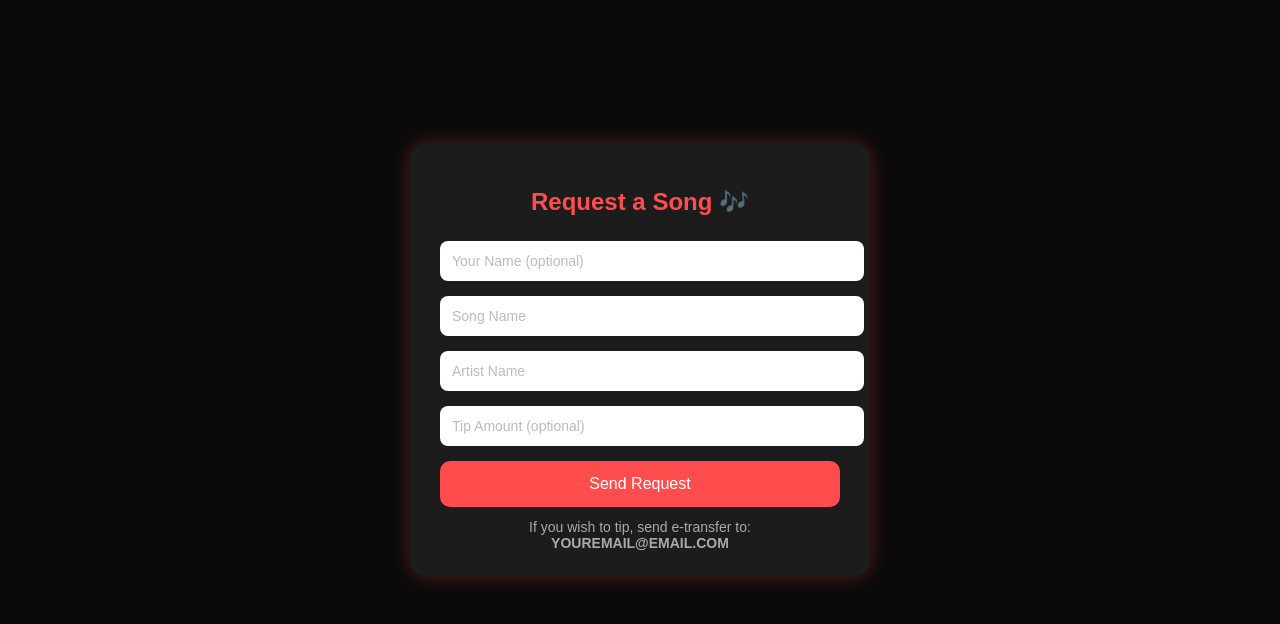
Repository: AryanHeravi/DJ-Request
Page: index.html
These files come from the project's save history. The page is drawn as it stood at one moment and after the next save; the edit follows.
The browser window is 1280 px wide. The pictures show the whole page.

Above is the page before, as saved 2026-01-05 05:48:50.
Console error: ReferenceError: emailjs is not defined

### index.html
<!DOCTYPE html>
<html lang="en">
<head>
<meta charset="UTF-8">
<meta name="viewport" content="width=device-width, initial-scale=1.0">
<title>Bar Song Request</title>
<style>
  body {
    font-family: 'Arial', sans-serif;
    background: #0a0a0a;
    color: #fff;
    margin: 0;
    display: flex;
    justify-content: center;
    align-items: center;
    height: 100vh;
  }

  .container {
    background: #1c1c1c;
    padding: 25px 30px;
    border-radius: 15px;
    max-width: 400px;
    width: 90%;
    box-shadow: 0 0 20px rgba(255, 77, 77, 0.3);
  }

  h2 {
    text-align: center;
    margin-bottom: 25px;
    color: #ff4d4d;
  }

  input {
    width: 100%;
    padding: 12px;
    margin-bottom: 15px;
    border-radius: 8px;
    border: none;
    outline: none;
    font-size: 14px;
  }

  input::placeholder {
    color: #bbb;
  }

  button {
    width: 100%;
    padding: 14px;
    background: #ff4d4d;
    border: none;
    border-radius: 10px;
    color: #fff;
    font-size: 16px;
    cursor: pointer;
    transition: background 0.2s ease;
  }

  button:hover {
    background: #ff1a1a;
  }

  .tip-info {
    text-align: center;
    font-size: 14px;
    margin-top: 12px;
    color: #aaa;
  }

  @media (max-width: 450px) {
    .container {
      padding: 20px;
    }

    button {
      padding: 12px;
      font-size: 15px;
    }
  }
</style>
</head>
<body>

<div class="container">
  <h2>Request a Song 🎶</h2>
  <form id="songForm">
    <input type="text" id="name" placeholder="Your Name (optional)">
    <input type="text" id="song" placeholder="Song Name" required>
    <input type="text" id="artist" placeholder="Artist Name" required>
    <input type="text" id="tip" placeholder="Tip Amount (optional)">
    <button type="submit">Send Request</button>
  </form>
  <div class="tip-info">
    If you wish to tip, send e-transfer to: <strong>YOUREMAIL@EMAIL.COM</strong>
  </div>
</div>

<!-- EmailJS SDK -->
<script src="https://cdn.jsdelivr.net/npm/emailjs-com@3.2.0/dist/email.min.js"></script>
<script>
  // Initialize EmailJS
  (function(){
    emailjs.init("e3m6YLvyPNFQK-pu5"); // <-- Replace with your actual EmailJS User ID
  })();

  const form = document.getElementById('songForm');
  form.addEventListener('submit', function(e) {
    e.preventDefault();

    const name = document.getElementById('name').value;
    const song = document.getElementById('song').value;
    const artist = document.getElementById('artist').value;
    const tip = document.getElementById('tip').value;

    emailjs.send("service_guiqpfc", "template_z5uy1ms", {
      name: name,
      song: song,
      artist: artist,
      tip: tip
    })
    .then(() => {
      alert("🎵 Your song request has been sent! Thanks!");
      form.reset();
    }, (err) => {
      alert("⚠️ Oops! Something went wrong. Try again.");
      console.error(err);
    });
  });
</script>

</body>
</html>

After the next save:
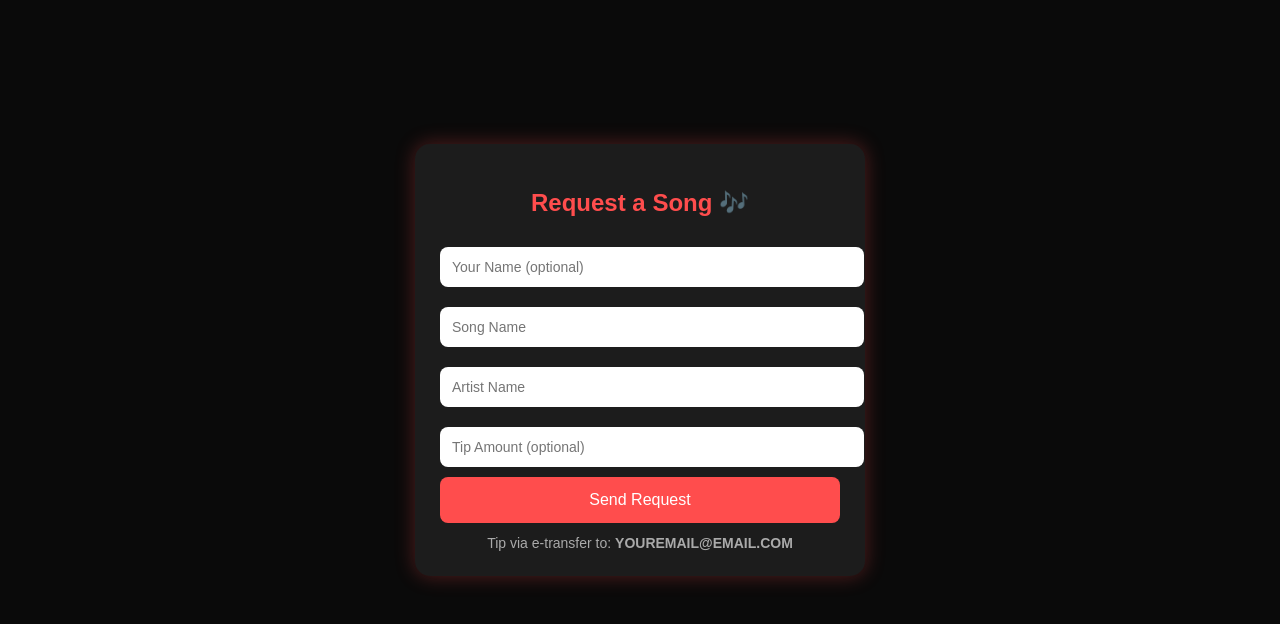
Saved 61 s later.
--- a/index.html
+++ b/index.html
@@ -5,20 +5,21 @@
 <meta name="viewport" content="width=device-width, initial-scale=1.0">
 <title>Bar Song Request</title>
 <style>
+  /* Body & layout */
   body {
-    font-family: 'Arial', sans-serif;
+    font-family: Arial, sans-serif;
     background: #0a0a0a;
     color: #fff;
-    margin: 0;
     display: flex;
     justify-content: center;
     align-items: center;
     height: 100vh;
+    margin: 0;
   }
 
   .container {
     background: #1c1c1c;
-    padding: 25px 30px;
+    padding: 25px;
     border-radius: 15px;
     max-width: 400px;
     width: 90%;
@@ -27,22 +28,18 @@
 
   h2 {
     text-align: center;
-    margin-bottom: 25px;
+    margin-bottom: 20px;
     color: #ff4d4d;
   }
 
   input {
     width: 100%;
     padding: 12px;
-    margin-bottom: 15px;
+    margin: 10px 0;
+    border: none;
     border-radius: 8px;
-    border: none;
     outline: none;
     font-size: 14px;
-  }
-
-  input::placeholder {
-    color: #bbb;
   }
 
   button {
@@ -50,11 +47,10 @@
     padding: 14px;
     background: #ff4d4d;
     border: none;
-    border-radius: 10px;
+    border-radius: 8px;
     color: #fff;
     font-size: 16px;
     cursor: pointer;
-    transition: background 0.2s ease;
   }
 
   button:hover {
@@ -63,20 +59,9 @@
 
   .tip-info {
     text-align: center;
+    margin-top: 12px;
     font-size: 14px;
-    margin-top: 12px;
     color: #aaa;
-  }
-
-  @media (max-width: 450px) {
-    .container {
-      padding: 20px;
-    }
-
-    button {
-      padding: 12px;
-      font-size: 15px;
-    }
   }
 </style>
 </head>
@@ -92,17 +77,15 @@
     <button type="submit">Send Request</button>
   </form>
   <div class="tip-info">
-    If you wish to tip, send e-transfer to: <strong>YOUREMAIL@EMAIL.COM</strong>
+    Tip via e‑transfer to: <strong>YOUREMAIL@EMAIL.COM</strong>
   </div>
 </div>
 
 <!-- EmailJS SDK -->
-<script src="https://cdn.jsdelivr.net/npm/emailjs-com@3.2.0/dist/email.min.js"></script>
+<script src="https://cdn.jsdelivr.net/npm/@emailjs/browser@3/dist/email.min.js"></script>
 <script>
-  // Initialize EmailJS
-  (function(){
-    emailjs.init("e3m6YLvyPNFQK-pu5"); // <-- Replace with your actual EmailJS User ID
-  })();
+  // Initialize EmailJS with your public key
+  emailjs.init("e3m6YLvyPNFQK-pu5"); // <-- Replace with Public Key from EmailJS account
 
   const form = document.getElementById('songForm');
   form.addEventListener('submit', function(e) {
@@ -123,8 +106,8 @@
       alert("🎵 Your song request has been sent! Thanks!");
       form.reset();
     }, (err) => {
+      console.error(err);
       alert("⚠️ Oops! Something went wrong. Try again.");
-      console.error(err);
     });
   });
 </script>
